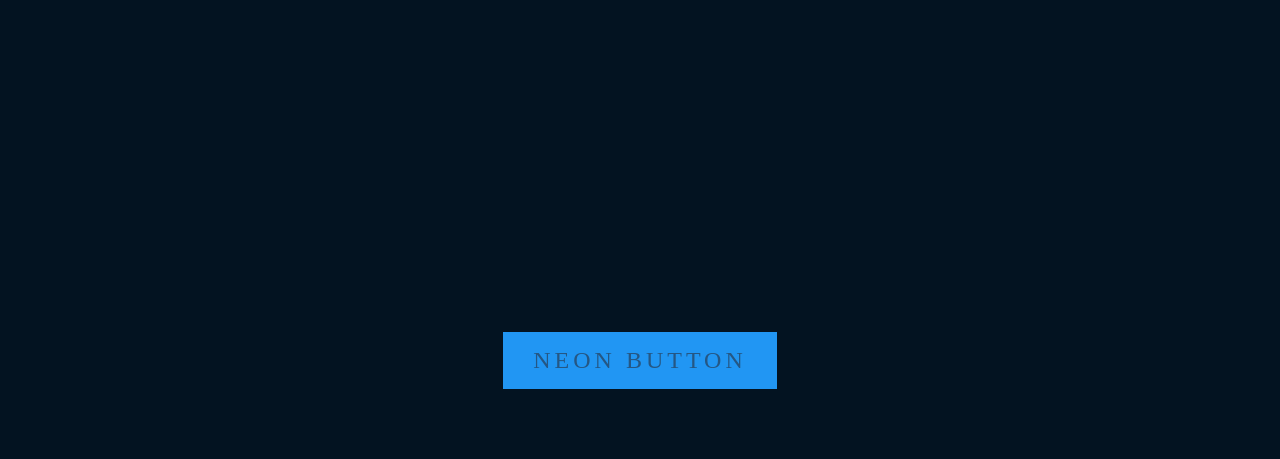
Repository: kiranjeetkaur01/csseffectneonbutton.github.io
Page: index.html
These files come from the project's save history. The page is drawn as it stood at one moment and after the next save; the edit follows.
The browser window is 1280 px wide. The pictures show the whole page.
The pointer rests on the first visible `a`.

Above is the page before, as saved 2023-09-09 21:38:31.

### index.html
<!DOCTYPE html>
<html lang="en">
<head>
    <meta charset="UTF-8">
    <meta name="viewport" content="width=device-width, initial-scale=1.0">
    <title>Neon Button</title>
    <link rel="stylesheet" href="style.css">
</head>
<body>
    <a href="#">
        <span></span>
        <span></span>
        <span></span>
        <span></span>
        Neon Button
    </a>
</body>
</html>

### style.css
*{
    margin: 0;
    padding: 0;
    box-sizing: border-box;
}
body,html{
    display: flex;
    justify-content: center;
    align-items: center;
    min-height: 100vh;
    background: #031321;
    font-family: gilroy ;

}
a{
    position: relative;
    display: inline-block;
    padding: 15px 30px;
    color: #2196f3;
    text-transform: uppercase;
    letter-spacing: 4px;
    text-decoration: none;
    font-size: 24px;
    overflow: hidden;
    transition: 0.2s;
}
a:hover{
    color:#255784;
    background: #2196f3;
    box-shadow: 0 0 10px #2196f3,0 0 40px #2196f30, 0 10px #2196f3;
}

After the next save:
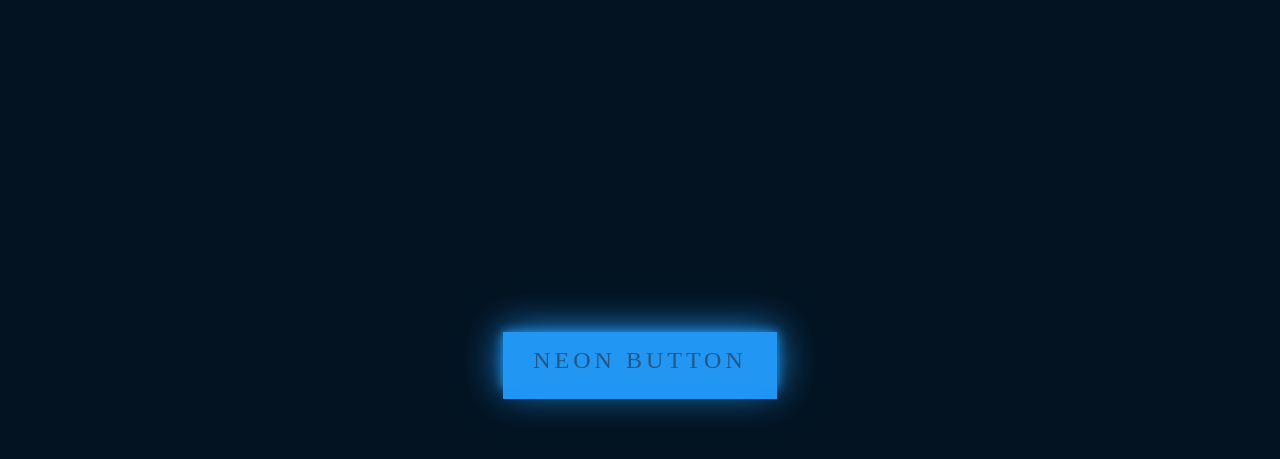
Saved 6 s later.
--- a/style.css
+++ b/style.css
@@ -27,5 +27,5 @@ a{
 a:hover{
     color:#255784;
     background: #2196f3;
-    box-shadow: 0 0 10px #2196f3,0 0 40px #2196f30, 0 10px #2196f3;
+    box-shadow: 0 0 10px #2196f3,0 0 40px #2196f3, 0 10px #2196f3;
 }
